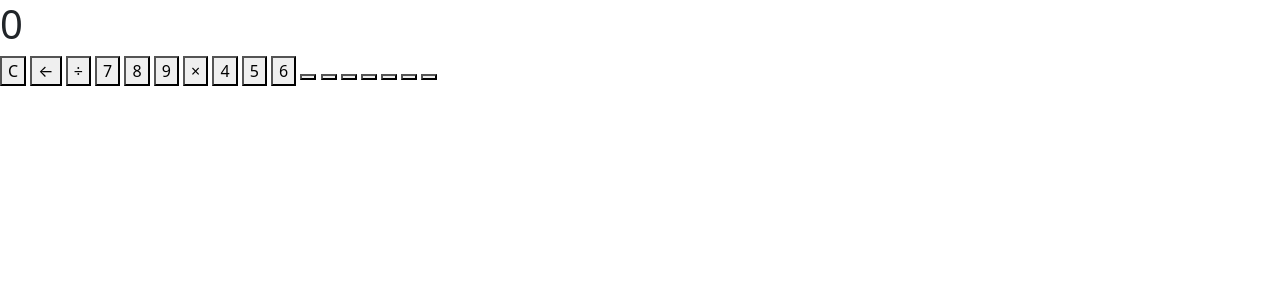
Repository: jgramirez0210/LAB-calculator
Page: index.html
An editor plug-in stored every save of this project. The page is shown before and after a run of saves, followed by the edit.
The browser window is 1280 px wide. The pictures show the whole page.

Above is the page before, as saved 2023-10-10 20:04:57.

### index.html
<!DOCTYPE html>
<html lang="en">
<head>
  <meta charset="UTF-8">
  <meta name="viewport" content="width=device-width, initial-scale=1.0">
  <title>Calculator</title>
  <link href="https://cdn.jsdelivr.net/npm/bootstrap@5.3.2/dist/css/bootstrap.min.css" rel="stylesheet" integrity="sha384-T3c6CoIi6uLrA9TneNEoa7RxnatzjcDSCmG1MXxSR1GAsXEV/Dwwykc2MPK8M2HN" crossorigin="anonymous">
  <link rel="stylesheet" href="main.css">
</head>
<body>
  <div class="Calculator-wrapper"></div>
  <h1>0</h1>
  <button id="clear-btn">C</button>
  <button id="back-btn">←</button>
  <button id="divide-btn">÷</button>
  <button id="7">7</button>
  <button id="8">8</button>
  <button id="9">9</button>
  <button id="multiply">×</button>
  <button id="4">4</button>
  <button id="5">5</button>
  <button id="6">6</button>
  <button id=""></button>
  <button id=""></button>
  <button id=""></button>
  <button id=""></button>
  <button id=""></button>
  <button id=""></button>
  <button id=""></button>
  <script src="https://cdn.jsdelivr.net/npm/bootstrap@5.3.2/dist/js/bootstrap.bundle.min.js" integrity="sha384-C6RzsynM9kWDrMNeT87bh95OGNyZPhcTNXj1NW7RuBCsyN/o0jlpcV8Qyq46cDfL" crossorigin="anonymous"></script>
  <script src="main.js"></script>
</body>
</html>

### main.js
console.log("testeroo")

Loaded but not shown: main.css (no stored copy; drawn as an empty file)

After the next 8 saves:
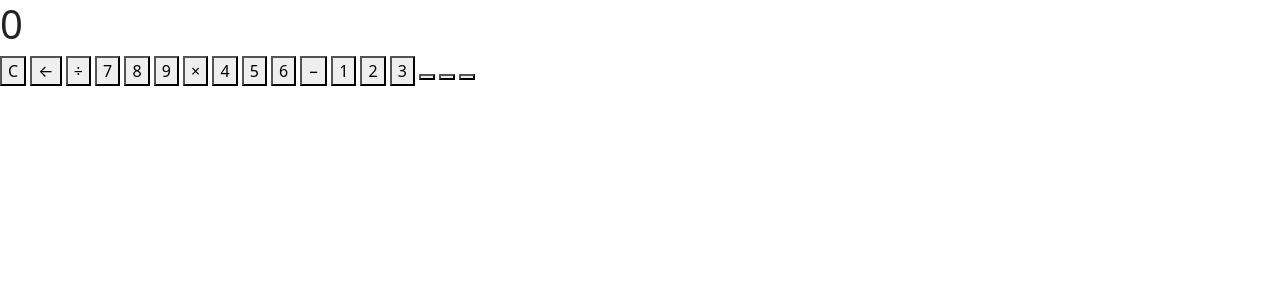
The 8 saves are shown as one change because they came seconds apart.
The last was saved 23 s later.
--- a/index.html
+++ b/index.html
@@ -20,11 +20,11 @@
   <button id="4">4</button>
   <button id="5">5</button>
   <button id="6">6</button>
-  <button id=""></button>
-  <button id=""></button>
-  <button id=""></button>
-  <button id=""></button>
-  <button id=""></button>
+  <button id="minus">−</button>
+  <button id="1">1</button>
+  <button id="2">2</button>
+  <button id="3">3</button>
+  <button id="addition"></button>
   <button id=""></button>
   <button id=""></button>
   <script src="https://cdn.jsdelivr.net/npm/bootstrap@5.3.2/dist/js/bootstrap.bundle.min.js" integrity="sha384-C6RzsynM9kWDrMNeT87bh95OGNyZPhcTNXj1NW7RuBCsyN/o0jlpcV8Qyq46cDfL" crossorigin="anonymous"></script>
